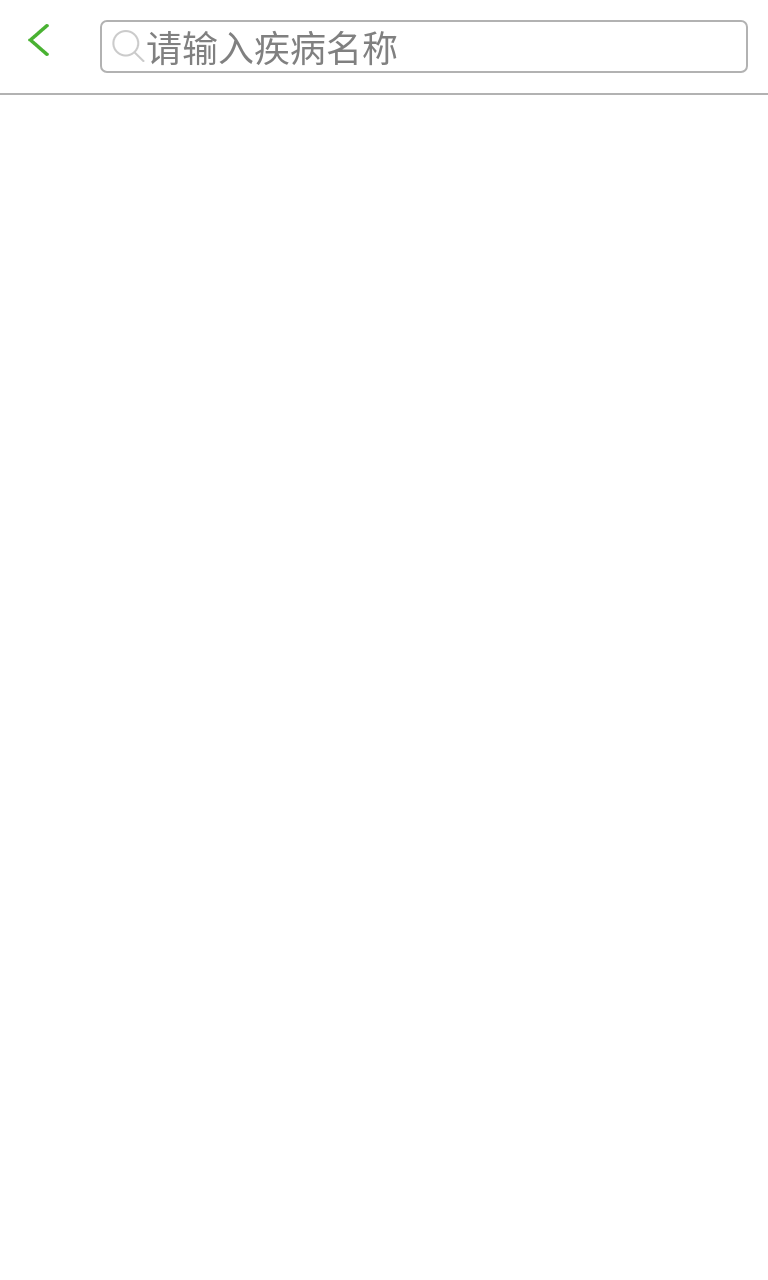
Repository: hjhlove110/XYApp
Layout: XYApp/res/layout/serache_view.xml
These files come from the project's save history. The layout is drawn as it stood at one moment and after the next save; the edit follows.
It is drawn on a 768 x 1280 px phone screen (xhdpi) without system bars, with theme Translucent; the app's code is not run.

Above is the layout before, as saved 2015-09-23 05:34:46.

After the next save:
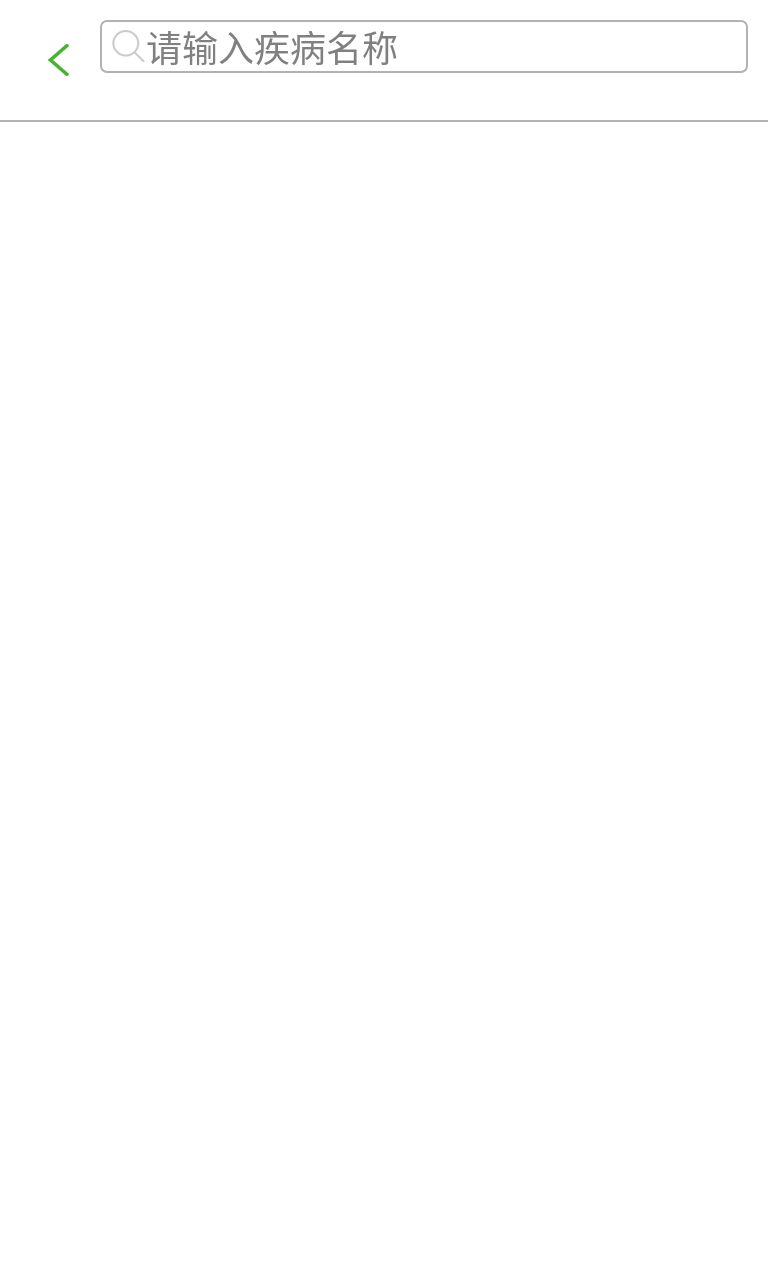
Saved 25 s later.
--- a/XYApp/res/layout/serache_view.xml
+++ b/XYApp/res/layout/serache_view.xml
@@ -6,13 +6,13 @@
     <LinearLayout
         android:layout_width="match_parent"
         android:layout_height="wrap_content"
+        android:layout_margin="10dp"
         android:orientation="horizontal" >
 
         <ImageButton
             android:id="@+id/btnBack"
             android:layout_width="wrap_content"
             android:layout_height="wrap_content"
-            android:layout_centerVertical="true"
             android:layout_margin="10dp"
             android:background="@drawable/btn_back_selector" />
 
@@ -20,9 +20,6 @@
             android:id="@+id/title"
             android:layout_width="0dp"
             android:layout_height="wrap_content"
-            android:layout_centerHorizontal="true"
-            android:layout_centerVertical="true"
-            android:layout_margin="10dp"
             android:layout_weight="1"
             android:background="@drawable/txt_bg"
             android:drawableLeft="@drawable/serach1"
